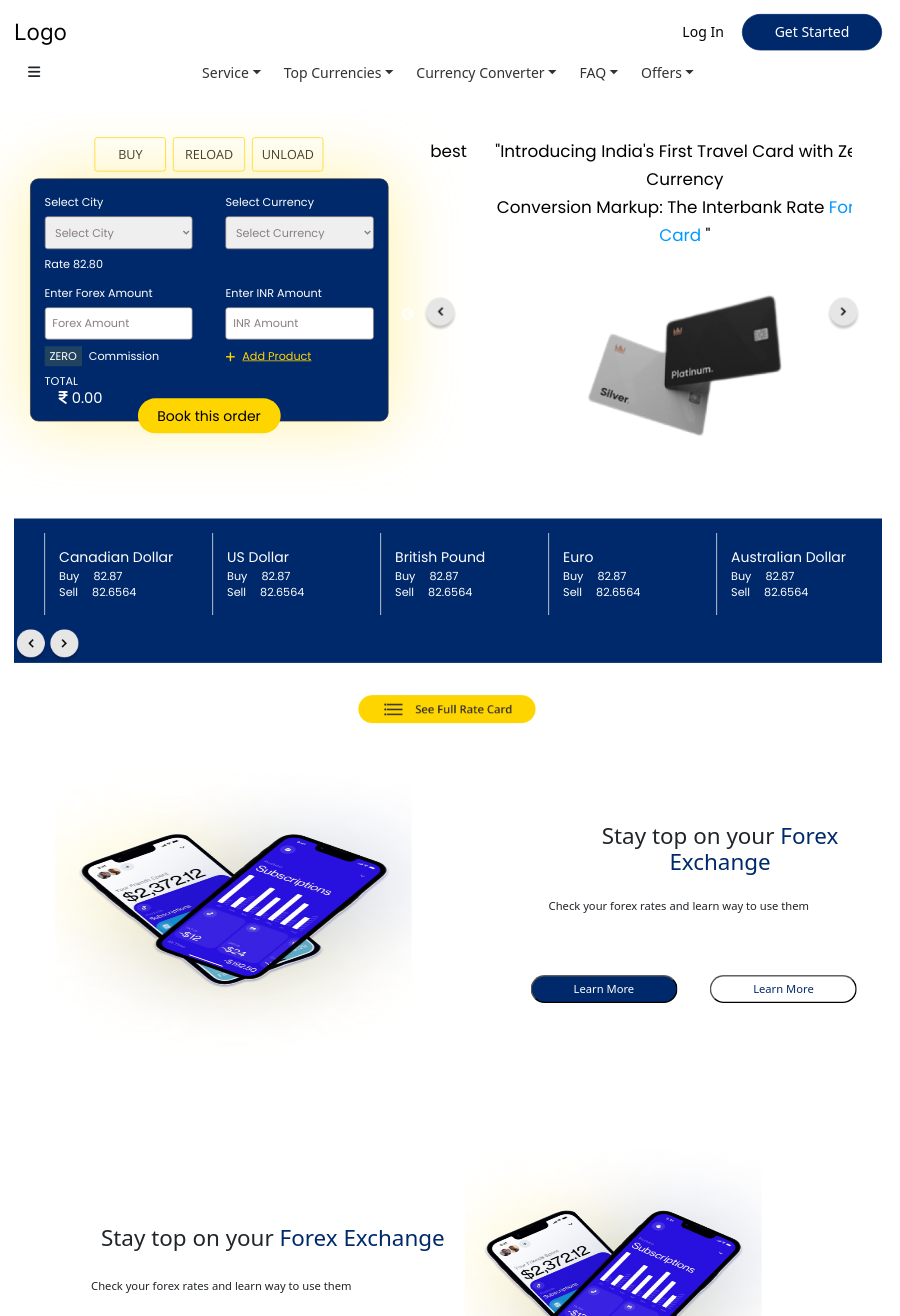
Repository: FlyweisReact/Akshadeep-latest
Page: /
An editor plug-in stored every save of this project. The page is shown before and after a run of saves, followed by the edit.
The browser window is 1280 px wide. The page is 1285 px wide, so the pictures cover 1285 px, including what lies to the right of the window. The pictures show the part of the page from y = 0 to 1880 px (the page is 4535 px tall), at 70% of full size.
Some web libraries are served in a nearby version. The project was rebuilt for these pictures with package versions that can differ from the ones it lists, and the page was loaded fresh each time. Also part of the build but not shown: src/components/exchange.jsx, src/components/order_p1.jsx, src/components/order_p2.jsx, src/components/faas.jsx, src/components/offer.jsx, src/components/main2.jsx, src/components/home.jsx, src/components/slider.jsx and 6 more.

Above is the page before, as saved 2023-05-23 15:28:42.

### public/index.html
<!DOCTYPE html>
<html lang="en">
  <head>
    <meta charset="utf-8" />
    <link rel="icon" href="%PUBLIC_URL%/favicon.ico" />
    <meta name="viewport" content="width=device-width, initial-scale=1" />
    <meta name="theme-color" content="#000000" />
    <meta
      name="description"
      content="Web site created using create-react-app"
    />
    <link rel="apple-touch-icon" href="%PUBLIC_URL%/logo192.png" />

    <link rel="manifest" href="%PUBLIC_URL%/manifest.json" />
    <link rel="stylesheet" href="https://cdnjs.cloudflare.com/ajax/libs/font-awesome/5.15.3/css/all.min.css" />
    <link href="https://cdn.jsdelivr.net/npm/bootstrap@5.3.0-alpha1/dist/css/bootstrap.min.css" rel="stylesheet" integrity="sha384-GLhlTQ8iRABdZLl6O3oVMWSktQOp6b7In1Zl3/Jr59b6EGGoI1aFkw7cmDA6j6gD" crossorigin="anonymous">
    <title>React App</title>
  </head>
  <body>
    <noscript>You need to enable JavaScript to run this app.</noscript>
    <div id="root"></div>
    <script src="https://kit.fontawesome.com/b533b351e4.js" crossorigin="anonymous"></script>
  </body>
</html>

### src/components/Main.jsx
/** @format */

import React from "react";
import Navbar from "./navbar";
import "react-responsive-carousel/lib/styles/carousel.min.css";
import BottomCont from "./bottom_cont";
import Footer from "./footer";
import img from "../Images/a-7.png";
import img4 from "../Images/a-57.png";
import img5 from "../Images/a-58.png";
import UpperForm from "./Component/Index/UpperForm";
import UpperSlider from "./Component/Index/UpperSlider";
import CurrencySlider from "./Component/Index/CurrencySlider";

function Main() {
  return (
    <>
      <Navbar />

      <div  className="upper-two-component">
        <div className="left-component">
          <UpperForm />
        </div>
        <div className="right-component">
          <UpperSlider />
        </div>
      </div>


      <div className="Index-currency_cont">
      <CurrencySlider />
      </div>







      <div className="main-mid-2-cont">
        <img src={img5} alt="" />
      </div>
      <div className="main-2-cont">
        <div className="main-2-left">
          <img src={img} alt="" />
        </div>
        <div className="main-2-right">
          <h2>
            Stay top on your <spam className="sp">Forex Exchange</spam>
          </h2>
          <p>Check your forex rates and learn way to use them</p>
          <div className="main-2-r-btn">
            <button className="main-2l-btn">Learn More</button>
            <button className="main-2r-btn">Learn More</button>
          </div>
        </div>
      </div>
      <div className="main-3-cont">
        <div className="main-3-left">
          <h2>
            Stay top on your <spam className="sp">Forex Exchange</spam>
          </h2>
          <p>Check your forex rates and learn way to use them</p>
          <div className="main-2-r-btn">
            <button className="main-2l-btn">Learn More</button>
            <button className="main-2r-btn">Learn More</button>
          </div>
        </div>
        <div className="main-3-right">
          <img src={img} alt="" />
        </div>
      </div>
      <BottomCont />
      <Footer />
    </>
  );
}

export default Main;

### src/Style/Header.css
/** @format */

.Sticky-Header-Companent {
  height: 100%;
  background-color: var(--white);
  position: sticky;
  top: 0;
  z-index: 999;
  padding: 20px;
  transition: box-shadow 0.3s ease;
}

.scrolled {
  box-shadow: rgba(0, 0, 0, 0.24) 0px 3px 8px;
}

.Header {
  width: 100%;
  display: flex;
  justify-content: space-between;
  align-items: center;
}

.Header .left-component a {
  font-family: InterFont;
  font-size: 2rem;
  color: #000000;
  cursor: pointer;
  text-decoration: none;
}

.Header .right-component {
  display: flex;
  gap: 20px;
}
.Header .right-component .btn1 {
  font-weight: 500;
  font-size: var(--medium-font);
  color: var(--black);
  background-color: transparent;
  border: none;
}
.Header .right-component .btn2 {
  font-size: var(--medium-font);
  color: var(--white);
  background-color : #00296B;
  border: 1px solid #00296B;
  padding: 10px;
  width: 200px;
  border-radius: var(--half-border);
}

/* Category Drop- Down */
.Drop-Category-Bar {
  display: flex;
  align-items: center;
}
.Drop-Category-Bar .left-container {
  width: 20%;
  padding: 20px;
}

.Drop-Category-Bar .right-Container {
  display: flex;
  width: 60%;
  justify-content: space-evenly;
}

.Drop-Category-Bar .left-container i {
  font-size: var(--medium-font);
  cursor: pointer;
}
.Drop-Category-Bar .right-Container #dropdown-basic {
  border: none;
  font-size: var(--medium-font);
  font-style: normal;
  line-height: 29px;
  color: #333131;
}
.Drop-Category-Bar .right-Container #dropdown-button-drop-end {
  width: 100%;
  display: flex;
  justify-content: space-between;
  gap: 20px;
  align-items: center;
  font-size: var(--small-font);
  border: none;
}
.Drop-Category-Bar .right-Container .dropdown-item {
  width: 100%;
  font-size: var(--small-font);
  border: none;
  padding-left: 12px;
}

/* FullScreen Offcanvas */
.offcanvas.offcanvas-start {
  width: 100% !important;
  background-color: transparent;
}
.offcanvas-backdrop.show {
  opacity: 0.9 !important;
}
.Offcanvas-Menu {
  position: relative;
  padding: 20px;
}
.Offcanvas-Menu .fa-x {
  font-size: var(--medium-font);
  color: #fff;
  position: absolute;
  right: 20px;
  top: 20px;
  cursor: pointer;
}
.Offcanvas-Menu .Menu-Items {
  display: flex;
  justify-content: space-evenly;
  align-items: center;
  position: absolute;
  top: 50%;
  gap: 20px;
  left: 50%;
  transform: translate(-50%, -50%);
  width: 100%;
  padding-left: 5%;
  padding-right: 5%;
}
.Offcanvas-Menu .Menu-Items div {
  width: 20%;
  cursor: pointer;
}
.Offcanvas-Menu .Menu-Items div img {
  display: block;
  margin: auto;
}
.Offcanvas-Menu .Menu-Items div a {
  text-decoration: none;
}
.Offcanvas-Menu .Menu-Items p {
  font-size: var(--medium-font);
  color: #ffffff;
  text-align: center;
  margin-top: 10px;
  font-family: OpenFont;
  text-decoration: none;
  width: 100%;
}

### src/Style/Layout.css
/* Two Section Component */
.upper-two-component {
    display: flex;
    justify-content: space-evenly;
    padding-top: 20px;
}
.upper-two-component .left-component{
    width: 40%;
}
.upper-two-component .right-component{
    width: 50%;
}

/* Currency Container */
.Index-currency_cont{
    width: 100%;
    padding: 20px;
}

### src/Style/Component.css
/**
 * Upper Form Component
 *
 * @format
 */

.Index-Upper-Form {
  width: 100%;
  padding-top: 20px;
}
.Index-Upper-Form .button-container {
  display: flex;
  align-items: center;
  justify-content: center;
  gap: 10px;
  width: 100%;
}
.Index-Upper-Form .button-container button {
  background-color: #fff;
  color: #333;
  border: 1px solid #ffd500;
  font-size: var(--small-font);
  cursor: pointer;
  padding: 10px;
  width: 20%;
  font-family: OpenFont;
  border-radius: 4px;
  transition: 0.5s;
}
.Index-Upper-Form .button-container button:hover {
  background: #ffd500;
}
.Index-Upper-Form .form-cont {
  width: 100%;
  margin-top: 10px;
  background: #00296b;
  border: 1px solid #333131;
  box-shadow: 0px 0px 100px 8px rgba(255, 213, 0, 0.3);
  border-radius: 12px;
  position: relative;
  padding: 20px;
}
.Index-Upper-Form .form-cont .form-part-1 .two-cont {
  display: flex;
  justify-content: space-between;
  width: 100%;
}
.Index-Upper-Form .form-cont .form-part-1 .two-cont div {
  width: 45%;
}
.Index-Upper-Form .form-cont .form-part-1 .two-cont div label {
  color: var(--white);
  font-size: var(--extra-small-font);
  font-family: PoppinFont;
  line-height: 24px;
  color: #ffffff;
}

.Index-Upper-Form .form-cont .form-part-1 .two-cont div select {
  width: 100%;
  margin-top: 3px;
  outline: none;
  font-size: var(--extra-small-font);
  color: #897f7f;
  font-family: PoppinFont;
  padding: 10px;
  border-radius: 4px;
  border: 1px solid #897f7f;
}
.Index-Upper-Form .form-cont .form-part-1 .rate {
  font-size: 16px;
  line-height: 24px;
  color: #ffffff;
  margin-top: 10px;
  font-family: PoppinFont;
}
.Index-Upper-Form .form-cont .form-part-1 .two-cont div input {
  width: 100%;
  margin-top: 3px;
  outline: none;
  font-size: var(--extra-small-font);
  color: #897f7f;
  font-family: PoppinFont;
  padding: 10px;
  border-radius: 4px;
  border: 1px solid #897f7f;
}
.Index-Upper-Form .form-cont .form-part-1 .two-cont div input::placeholder {
  color: #897f7f;
}
.Index-Upper-Form .form-cont .form-part-1 .two-cont .two-section {
  display: flex;
  gap: 10px;
  color: var(--white);
  margin-top: 10px;
  align-items: center;
}
.Index-Upper-Form .form-cont .form-part-1 .two-cont .two-section p {
  margin: 0;
  font-family: PoppinFont;
}
.Index-Upper-Form .form-cont .form-part-1 .two-cont .two-section button {
  background-color: #214360;
  outline: none;
  border: 1px solid #214360;
  color: var(--white);
  font-family: PoppinFont;
}
.Index-Upper-Form .form-cont .form-part-1 .two-cont .two-section i {
  color: #ffd500;
}
.Index-Upper-Form .form-cont .form-part-1 .two-cont .two-section .add {
  color: #ffd500;
  text-decoration: underline;
}
.Index-Upper-Form .form-cont .ord-btn {
  font-size: var(--medium-font);
  font-family: PoppinFont;
  background: #ffd500;
  border-radius: 30.2748px;
  border: none;
  width: 40%;
  padding: 10px;
  display: block;
  margin: auto;
  position: absolute;
  top: 98%;
  cursor: pointer;
  left: 50%;
  transform: translate(-50%, -50%);
}

/* Slick Slider */
.slick-slider-Cont {
  position: relative;
}
.slick-slider-Cont .Prev-Next_cont {
  display: flex;
  justify-content: space-between;
}
.slick-slider-Cont .Prev-Next_cont .PrevImg {
  position: absolute;
  top: 50%;
  left: 5%;
  transform: translate(-50%, -50%);
  cursor: pointer;
}
.slick-slider-Cont .Prev-Next_cont .NextImg {
  position: absolute;
  top: 50%;
  left: 95%;
  transform: translate(-50%, -50%);
  cursor: pointer;
}

.Slick-Slider {
  height: 100%;
  padding: 20px;
}
.Slick-Slider .slider-container-div {
  width: 100%;
}
.Slick-Slider .slider-container-div p {
  font-family: PoppinFont;
  font-size: 24px;
  line-height: 40px;
  color: #000;
  text-align: center;
  margin: 0;
}
.Slick-Slider .slider-container-div img {
  display: block;
  margin: auto;
}
.Slick-Slider:focus {
  border: none !important;
}
.Slick-Slider:active {
  border: none !important;
}

.Slick-Slider .slider-container-div .two-comp {
  display: flex;
  justify-content: space-evenly;
  gap: 10px;
}
.Slick-Slider .slider-container-div .two-comp .left-comp {
  width: 45%;
  position: relative;
}
.Slick-Slider .slider-container-div .two-comp .left-comp img {
  position: absolute;
  top: 50%;
  left: 50%;
  transform: translate(-50%, -50%);
}
.Slick-Slider .slider-container-div .two-comp .right-comp {
  width: 60%;
}
.Slick-Slider .slider-container-div .two-comp .right-comp div {
  display: flex;
  padding-top: 20px;
  gap: 20px;
  align-items: center;
}
.Slick-Slider .slider-container-div .two-comp .right-comp p {
  margin: 0;
  font-size: var(--extra-small-font);
  line-height: normal;
  width: 90%;
  text-align: left;
}
.Slick-Slider .slider-container-div .two-comp .right-comp i {
  margin: 0;
  background-color: #00a067;
  color: #fff;
  border-radius: 100%;
  padding: 5px;
}


/* Currency-Slider  */
.currency_slider_cont{
  background-color: #00296B;
  position: relative;
}
.currency_slider_cont .currency_slider{
  background-color: #00296B;
  height: 100%;
  padding: 20px;
}
.currency_slider_cont .currency_slider:focus {
  border: none !important;
}
.currency_slider_cont .currency_slider:active {
  border: none !important;
}

.currency_slider_cont .currency_slider .Item{
  color: #fff;
  border-right: 1px solid #fff;
  padding: 20px;
  width: 20%;
}
.currency_slider_cont .currency_slider .Item p{
  margin: 0;
}
.currency_slider_cont .currency_slider .Item .head{
  font-family: PoppinFont;
  font-size: var(--medium-font);
}
.currency_slider_cont .currency_slider .Item .two_sec{
  display: flex;
  align-items: center;
  gap: 20px;
}
.currency_slider_cont .currency_slider .Item .two_sec p{
  font-family: PoppinFont;
font-size: var(--extra-small-font);
}
.currency_slider_cont.Prev-Next_cont {
  display: flex;
  justify-content: space-between;
}
.slick-slider-Cont .Prev-Next_cont .PrevImg {
  position: absolute;
  top: 50%;
  left: 5%;
  transform: translate(-50%, -50%);
  cursor: pointer;
}
.slick-slider-Cont .Prev-Next_cont .NextImg {
  position: absolute;
  top: 50%;
  left: 95%;
  transform: translate(-50%, -50%);
  c

### src/components/navbar.jsx
import Header from "./Layout/Header";

const Navbar = () => {
  return (
    <>
      <Header />

    </>
  );
};

export default Navbar;

### src/components/bottom_cont.jsx
import React from "react";
import img from "../Images/a-33.png";
import img2 from "../Images/a-34.png";
import img3 from "../Images/a-35.png";
import img4 from "../Images/a-36.png";
import img5 from "../Images/a-37.png";
import img6 from "../Images/a-51.png";

const BotCont = () => {
  return (
    <>
      <div className="bot-part-1">
        <div className="bot-cont-imgs">
          <div>
            <img src={img} />
            <h6>USD 1 Billion+</h6>
            <p>Exchanged so far</p>
          </div>
          <div>
            <img src={img2} />
            <h6>3,00,000+</h6>
            <p>Happy Customers</p>
          </div>
          <div>
            <img src={img3} />
            <h6>5000+</h6>
            <p>Banks and Money Exchangers</p>
          </div>
        </div>
      </div>
      <div className="bot-part-3">
        <img src={img6} />
      </div>
      <div className="bot-part-2">
        <h3>Media Mentions</h3>
        <div className="bot-part-2-sub">
          <div className="bot-cont-card">
            <h4>Loren Ipsum Id best Platform out there</h4>
            <p>
              Lorem Ipsum is simply dummy text of the printing and typesetting
              industry. Lorem Ipsum has been the industry's standard dummy text
              ever since the 1500s, when an unknown printer took a galley of
              type and scrambled it to make a type specimen book.
            </p>
            <div className="thin-line"></div>
            <div className="bot-cont-card-2">
              <img src={img4} />
              <p>5 star</p>
            </div>
          </div>
          <div className="bot-cont-card">
            <h4>Loren Ipsum Id best Platform out there</h4>
            <p>
              Lorem Ipsum is simply dummy text of the printing and typesetting
              industry. Lorem Ipsum has been the industry's standard dummy text
              ever since the 1500s, when an unknown printer took a galley of
              type and scrambled it to make a type specimen book.
            </p>
            <div className="thin-line"></div>
            <div className="bot-cont-card-2">
              <img src={img5} style={{height:"40px"}} />
              <p>5 star</p>
            </div>
          </div>
        </div>
      </div>
    </>
  );
};

export default BotCont;

### src/components/footer.jsx
import React from "react";

const Footer = () => {
  return (
    <footer className="footer">
      <div className="footer-cont">
        <div className="foot-row">
          <div className="foot-col">
            <h3>Company</h3>
            <p>About Us</p>
            <p>Contact Us</p>
            <p>Careers</p>
          </div>
          <div className="foot-col">
            <h3>Services</h3>
            <p>Prepaid Travel Card</p>
            <p>Foreign Demand Draft</p>
            <p>Foreign Currency</p>
            <p>Educational Loans</p>
            <p>Remmittance</p>
            <p>Travel Insurance</p>
            <p>Forex as a Service (Faas Solution)</p>
          </div>
          <div className="foot-col">
            <h3>Quick Links</h3>
            <p>FAQs</p>
            <p>Cancellation & Refund Policy</p>
            <p>Forex Rates</p>
            <p>Our Policies</p>
            <p>Terms of Use</p>
            <p>Site Map</p>
            <p>Offers</p>
          </div>
          <div className="foot-col">
            <h3>Insight</h3>
            <p>Blogs</p>
            <p>Press Release</p>
            <p>Foreign Currency</p>
            <p>Educational Loans</p>
            <p>Remmittance</p>
            <p>Travel Insurance</p>
            <p>Forex as a Service (Faas Solution)</p>
          </div>
          <div className="foot-col">
            <h3>Registered Office Address</h3>
            <p>Lorem Ipsum Pvt ltd.</p>
            <p>P-701 to P-705 lorem ipsum , 7th floor, 11th tower, panchsheel primerose, vatista
                , Gurugram, Hariyana
            </p>
            {/*<ul className="social-icons">
              <li>
                <a href="#">
                  <i className="fab fa-facebook-f"></i>
                </a>
              </li>
              <li>
                <a href="#">
                  <i className="fab fa-twitter"></i>
                </a>
              </li>
              <li>
                <a href="#">
                  <i className="fab fa-linkedin"></i>
                </a>
              </li>
              <li>
                <a href="#">
                  <i className="fab fa-instagram"></i>
                </a>
              </li>
            </ul>*/}
          </div>
        </div>
      </div>
      <div className="footer-bottom">
        <p>&copy; 2023 Forex Inc. All Rights Reserved.</p>
      </div>
    </footer>
  );
};

export default Footer;

### src/components/signup.jsx
import Button from "react-bootstrap/Button";
import Modal from "react-bootstrap/Modal";

function MyVerticallyCenteredModal(props) {
  return (
    <Modal
      {...props}
      size="lg"
      aria-labelledby="contained-modal-title-vcenter"
      centered
    >
      <Modal.Body>
        <div className="popupe-container">
          <div className="popupe">
            <span className="close" onClick={props.onHide}>
              &times;
            </span>
            <h2 className="form-title">Register</h2>
            <form>
              <div class="form-groupe">
                <label for="name" className="label-inp">Name</label>
                <input type="text" id="name" name="name" placeholder="Enter your name here" />
              </div>
              <div class="form-groupe">
                <label for="mobile" className="label-inp">Mobile Number</label>
                <input type="email" id="email" name="email" placeholder="Enter your mobile no here"/>
              </div>
              <div class="form-groupe">
                <label for="email" className="label-inp">Email</label>
                <input type="email" id="email" name="email" placeholder="Enter your email here"/>
              </div>
              <button type="submit" className="btn-form-submit">Submit</button>
            </form>
            <h2 className="form-title">Or</h2>
            <div className="form-bot-cont">
              <div className="left-btn">
                  <button className="btn-2">
                  <i class="fab fa-facebook-f fc" ></i>
                  facebook</button>
              </div>
              <div className="right-btn">
                  <button className="btn-2">
                  <i class="fab fa-google-plus-g gl"></i>
                    Google</button>
              </div>
            </div>
            </div>
          </div>
      </Modal.Body>
    </Modal>
  );
}

export default MyVerticallyCenteredModal;

### src/components/login.jsx

import Modal from "react-bootstrap/Modal";

function MyVerticallyCenteredModal(props) {
  return (
    <Modal
      {...props}
      size="lg"
      aria-labelledby="contained-modal-title-vcenter"
      centered
    >
      <Modal.Body>
        <div className="popupe-container">
          <div className="popupe">
            <span className="close" onClick={props.onHide}>
              &times;
            </span>
            <h2 className="form-title">Login</h2>
            <form>
              <div class="form-groupe">
                <label for="name" className="label-inp">Mobile Number/ Email Id</label>
                <input type="text" id="name" name="name" placeholder="Enter mobile number/ email Id" />
              </div>
              <button type="submit" className="btn-form-submit">Submit</button>
            </form>
            </div>
            <h2 className="form-title">Or</h2>
            <div className="form-bot-cont">
              <div className="left-btn">
                  <button className="btn-2">
                  <i class="fab fa-facebook-f fc" ></i>
                  facebook</button>
              </div>
              <div className="right-btn">
                  <button className="btn-2">
                  <i class="fab fa-google-plus-g gl"></i>
                    Google</button>
              </div>
            </div>
          </div>
      </Modal.Body>
    </Modal>
  );
}

export default MyVerticallyCenteredModal;

Loaded but not shown: src/Json/menu.json (187 lines, source omitted); src/components/Component/Index/UpperSlider.js (180 lines, source omitted); src/components/Component/Index/CurrencySlider.js (166 lines, source omitted); src/components/Component/Index/UpperForm.js (74 lines, source omitted); src/components/Layout/DropBar.js (60 lines, source omitted); src/components/Layout/Sidebar.js (70 lines, source omitted); src/App.js (50 lines, source omitted); src/components/Layout/Header.js (56 lines, source omitted); src/index.js (13 lines, source omitted); src/index.css (2406 lines, source omitted)

After the next 2 saves:
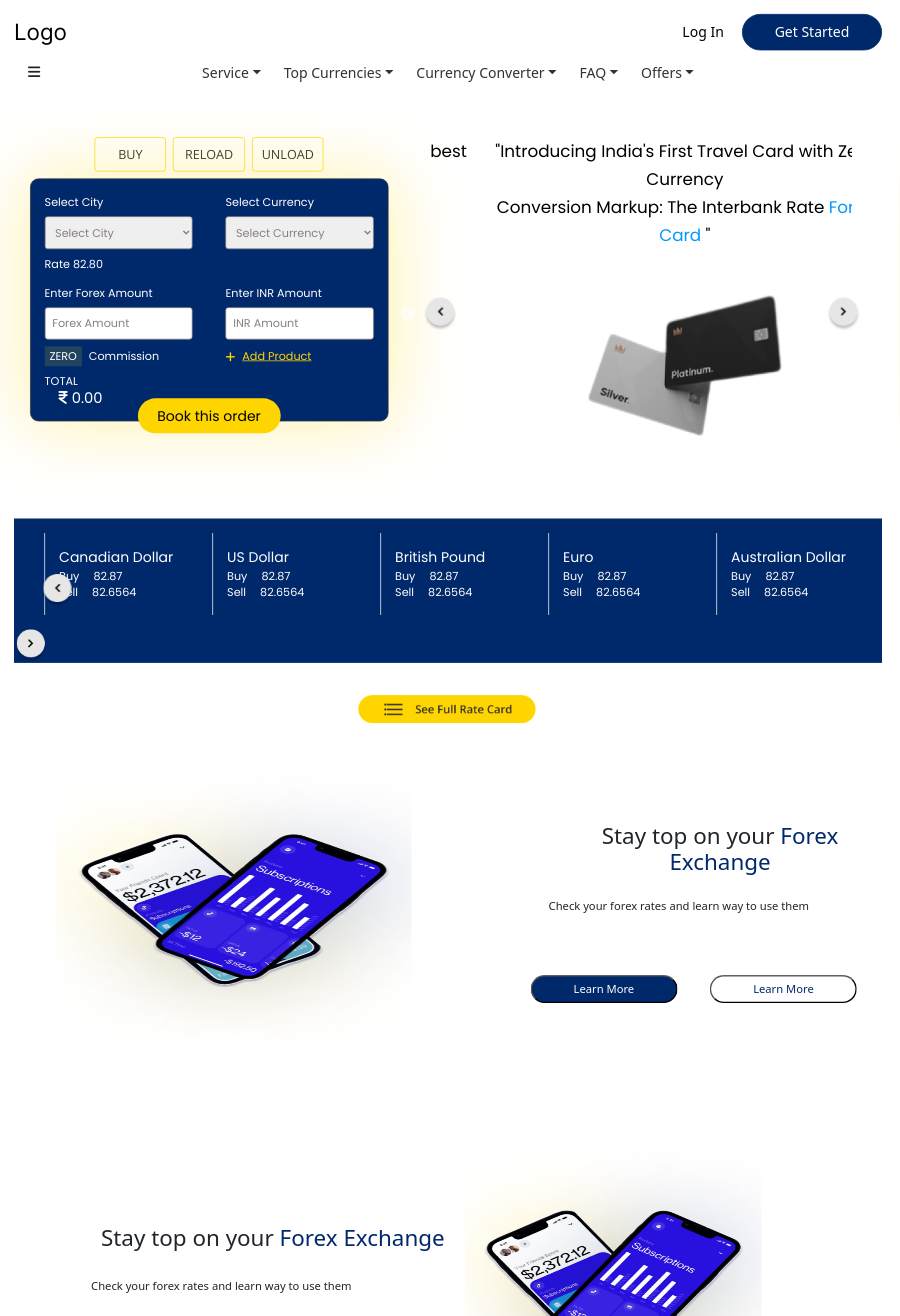
The 2 saves are shown as one change because they came seconds apart.
The last was saved 7 s later.
--- a/src/Style/Component.css
+++ b/src/Style/Component.css
@@ -258,11 +258,11 @@
   font-family: PoppinFont;
 font-size: var(--extra-small-font);
 }
-.currency_slider_cont.Prev-Next_cont {
+.currency_slider_cont .Prev-Next_cont {
   display: flex;
   justify-content: space-between;
 }
-.slick-slider-Cont .Prev-Next_cont .PrevImg {
+.currency_slider_cont .Prev-Next_cont .PrevImg {
   position: absolute;
   top: 50%;
   left: 5%;
